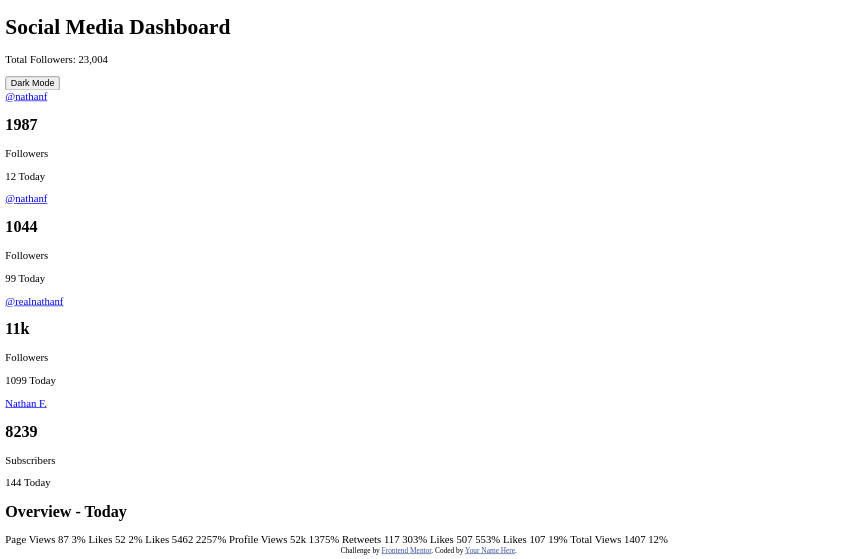
Repository: mamulini/social-media-dashboard-with-theme-switcher-master
Page: index.html
An editor plug-in stored every save of this project. The page is shown before and after the next save, followed by the edit.
The browser window is 1280 px wide. The pictures show the whole page, at 67% of full size.

Above is the page before, as saved 2020-04-05 23:31:25.

### index.html
<!DOCTYPE html>
<html lang="en">
<head>
  <meta charset="UTF-8">
  <meta name="viewport" content="width=device-width, initial-scale=1.0">
  <link rel="icon" type="image/png" sizes="32x32" href="./images/favicon-32x32.png">
  <link rel="stylesheet" href="./css/style.css">
  <title>Frontend Mentor | [Challenge Name Here]</title>
</head>
<body>
  <main class="dashboard container">
    <header class="header">
      <div class="title">
        <h1 class="title__name">Social Media Dashboard</h1>
        <p class="title__total">Total Followers: 23,004</p>
      </div>
      <button class="theme" type="button">Dark Mode</button>
    </header>
    <div class="followers-block">
      <div class="folowers">
        <a class="followers__link" href="#">@nathanf</a>
        <h2 class="followers__sum">1987</h2>
        <p class="followers__title">Followers</p>
        <p class="followers__today">12 Today</p>
      </div>
      <div class="folowers">
        <a class="followers__link" href="#">@nathanf
</a>
        <h2 class="followers__sum">1044</h2>
        <p class="followers__title">Followers</p>
        <p class="followers__today">99 Today</p>
      </div>
      <div class="folowers">
        <a class="followers__link" href="#">@realnathanf


          </a>
        <h2 class="followers__sum">11k</h2>
        <p class="followers__title">Followers</p>
        <p class="followers__today">1099 Today</p>
      </div>
      <div class="folowers">
        <a class="followers__link" href="#">Nathan F.
        </a>
        <h2 class="followers__sum">8239</h2>
        <p class="followers__title">Subscribers</p>
        <p class="followers__today">144 Today</p>
      </div>

    </div>
    <div class="overview"><h2 class="overview__title" >Overview - Today</h2></div>
    <div class="container">
      <p class="likes">
        <h3 class="likes__title"></p>

      </div>
    </div>
  </main>




















  Page Views
  87
  3%

  Likes
  52
  2%

  Likes
  5462
  2257%

  Profile Views
  52k
  1375%

  Retweets
  117
  303%

  Likes
  507
  553%

  Likes
  107
  19%

  Total Views
  1407
  12%

  <div class="attribution">
    Challenge by <a href="https://www.frontendmentor.io?ref=challenge" target="_blank">Frontend Mentor</a>.
    Coded by <a href="#">Your Name Here</a>.
  </div>
</body>
</html>

### css/style.css
.container{
    max-width: 1110px;
}






.attribution { font-size: 11px; text-align: center; }
.attribution a { color: hsl(228, 45%, 44%); }

After the next save:
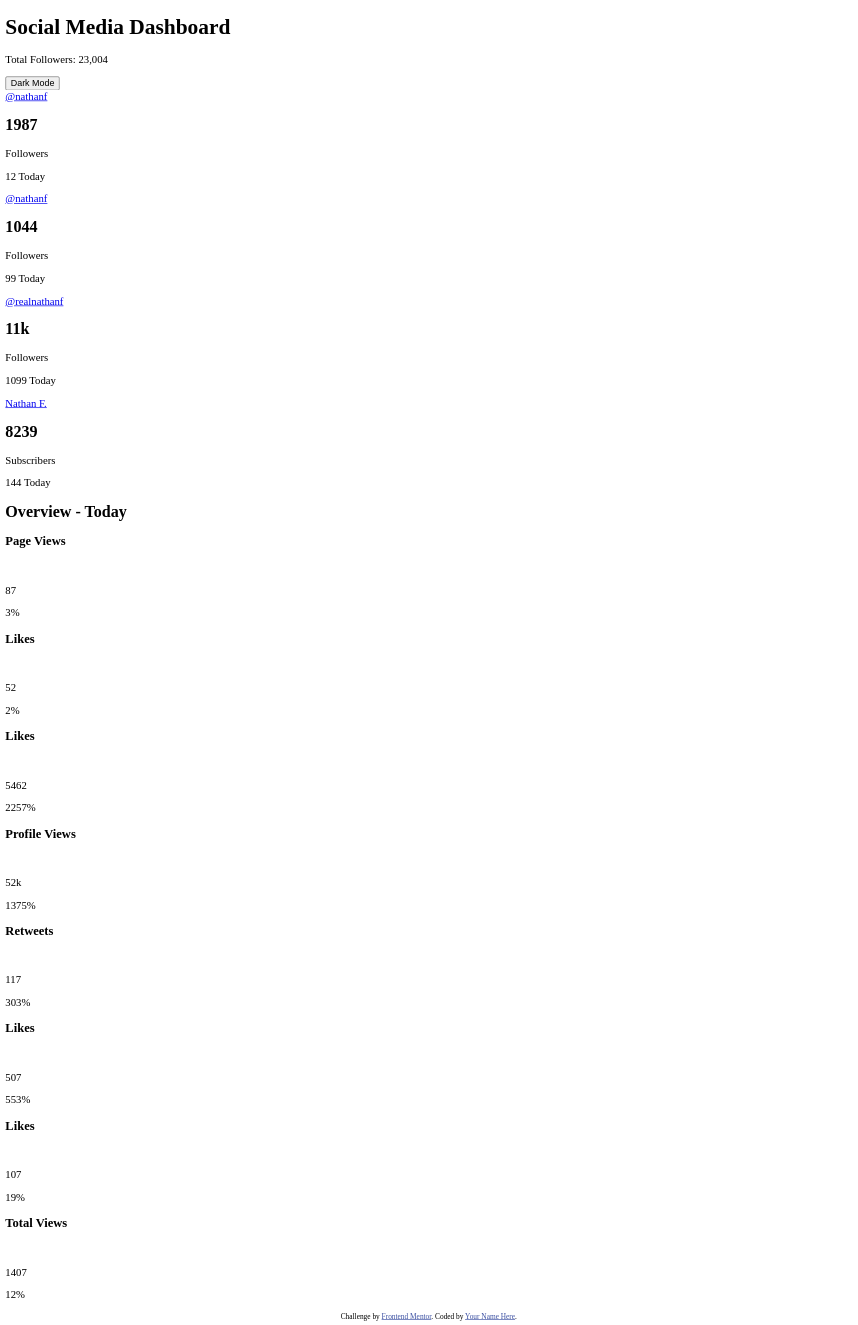
Saved 5 min 10 s later.
--- a/index.html
+++ b/index.html
@@ -50,9 +50,53 @@
     </div>
     <div class="overview"><h2 class="overview__title" >Overview - Today</h2></div>
     <div class="container">
-      <p class="likes">
-        <h3 class="likes__title"></p>
-
+      <div class="likes">
+        <h3 class="likes__title">Page Views</h3>
+        <img src="" alt="" class="like__icon">
+        <p class="likes__num">87</p>
+        <p class="likes__procent">3%</p>
+      </div>
+      <div class="likes">
+        <h3 class="likes__title">Likes</h3>
+        <img src="" alt="" class="like__icon">
+        <p class="likes__num">52</p>
+        <p class="likes__procent">2%</p>
+      </div>
+      <div class="likes">
+        <h3 class="likes__title">Likes</h3>
+        <img src="" alt="" class="like__icon">
+        <p class="likes__num">5462</p>
+        <p class="likes__procent">2257%</p>
+      </div>
+      <div class="likes">
+        <h3 class="likes__title">Profile Views</h3>
+        <img src="" alt="" class="like__icon">
+        <p class="likes__num">52k</p>
+        <p class="likes__procent">1375%</p>
+      </div>
+      <div class="likes">
+        <h3 class="likes__title">Retweets</h3>
+        <img src="" alt="" class="like__icon">
+        <p class="likes__num">117</p>
+        <p class="likes__procent">303%</p>
+      </div>
+      <div class="likes">
+        <h3 class="likes__title">Likes</h3>
+        <img src="" alt="" class="like__icon">
+        <p class="likes__num">507</p>
+        <p class="likes__procent">553%</p>
+      </div>
+      <div class="likes">
+        <h3 class="likes__title">Likes</h3>
+        <img src="" alt="" class="like__icon">
+        <p class="likes__num">107</p>
+        <p class="likes__procent">19%</p>
+      </div>
+      <div class="likes">
+        <h3 class="likes__title">Total Views</h3>
+        <img src="" alt="" class="like__icon">
+        <p class="likes__num">1407</p>
+        <p class="likes__procent">12%</p>
       </div>
     </div>
   </main>
@@ -69,45 +113,6 @@
 
 
 
-
-
-
-
-
-
-
-  Page Views
-  87
-  3%
-
-  Likes
-  52
-  2%
-
-  Likes
-  5462
-  2257%
-
-  Profile Views
-  52k
-  1375%
-
-  Retweets
-  117
-  303%
-
-  Likes
-  507
-  553%
-
-  Likes
-  107
-  19%
-
-  Total Views
-  1407
-  12%
-
   <div class="attribution">
     Challenge by <a href="https://www.frontendmentor.io?ref=challenge" target="_blank">Frontend Mentor</a>.
     Coded by <a href="#">Your Name Here</a>.
